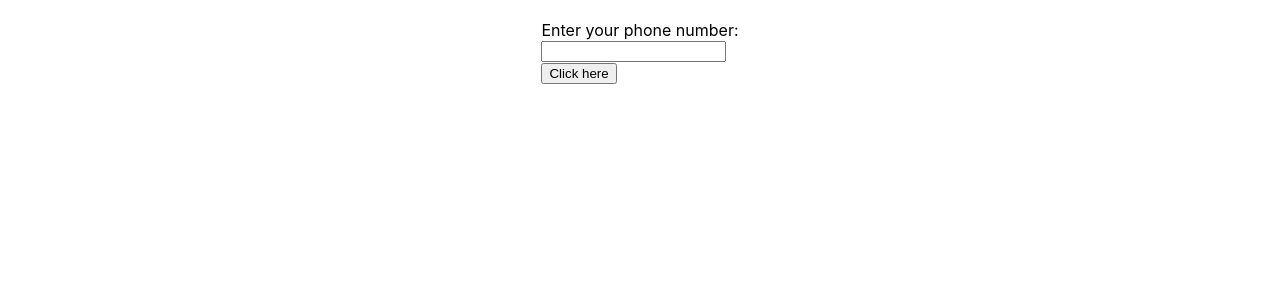
Repository: Rubin78/login-verification
Page: /
The author's editor kept a copy of each file at every save. The page is drawn from the files as they stood at one save, then again after a run of saves.
The browser window is 1280 px wide. The pictures show the whole page.
The project was rebuilt for these pictures with package versions that can differ from the ones it lists, and the page was loaded fresh each time.

Above is the page before, as saved 2021-02-16 01:39:14.

After the next 2 saves:
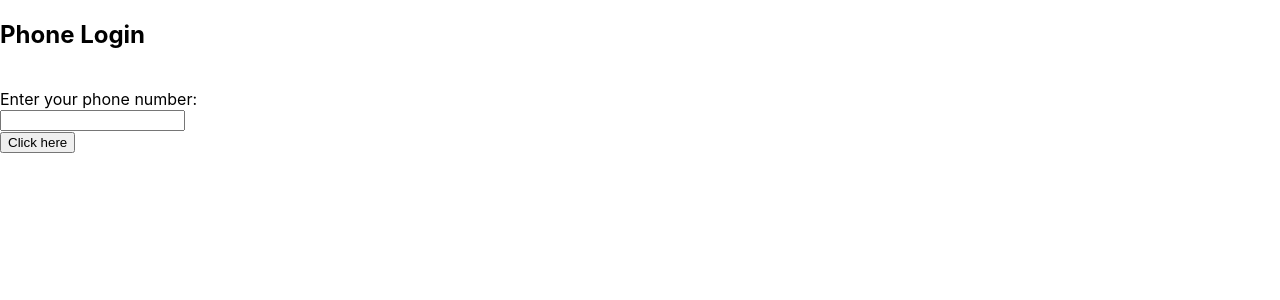
The 2 saves are shown as one change because 1 did not build or start.
The last was saved 77 s later.
--- a/src/App.js
+++ b/src/App.js
@@ -72,7 +72,14 @@ export default class App extends Component {
   render() {
     const { phoneNumber } = this.state;
     return (
-      <div className="otp">
+
+       <div className="container">
+
+<div className="row justify-content-center align-item-center">
+
+<div className="col-sm-6 text-left">
+  <h2>Phone Login</h2>
+  </div>
         <form onSubmit={this.handleClick}>
           <div id="recaptcha"></div>
           <br />
@@ -90,6 +97,7 @@ export default class App extends Component {
           <br />
           <input type="submit" value="Click here" />
         </form>
+        </div>
         {/* <div className="container">
 
 <div className="row justify-content-center align-item-center">
